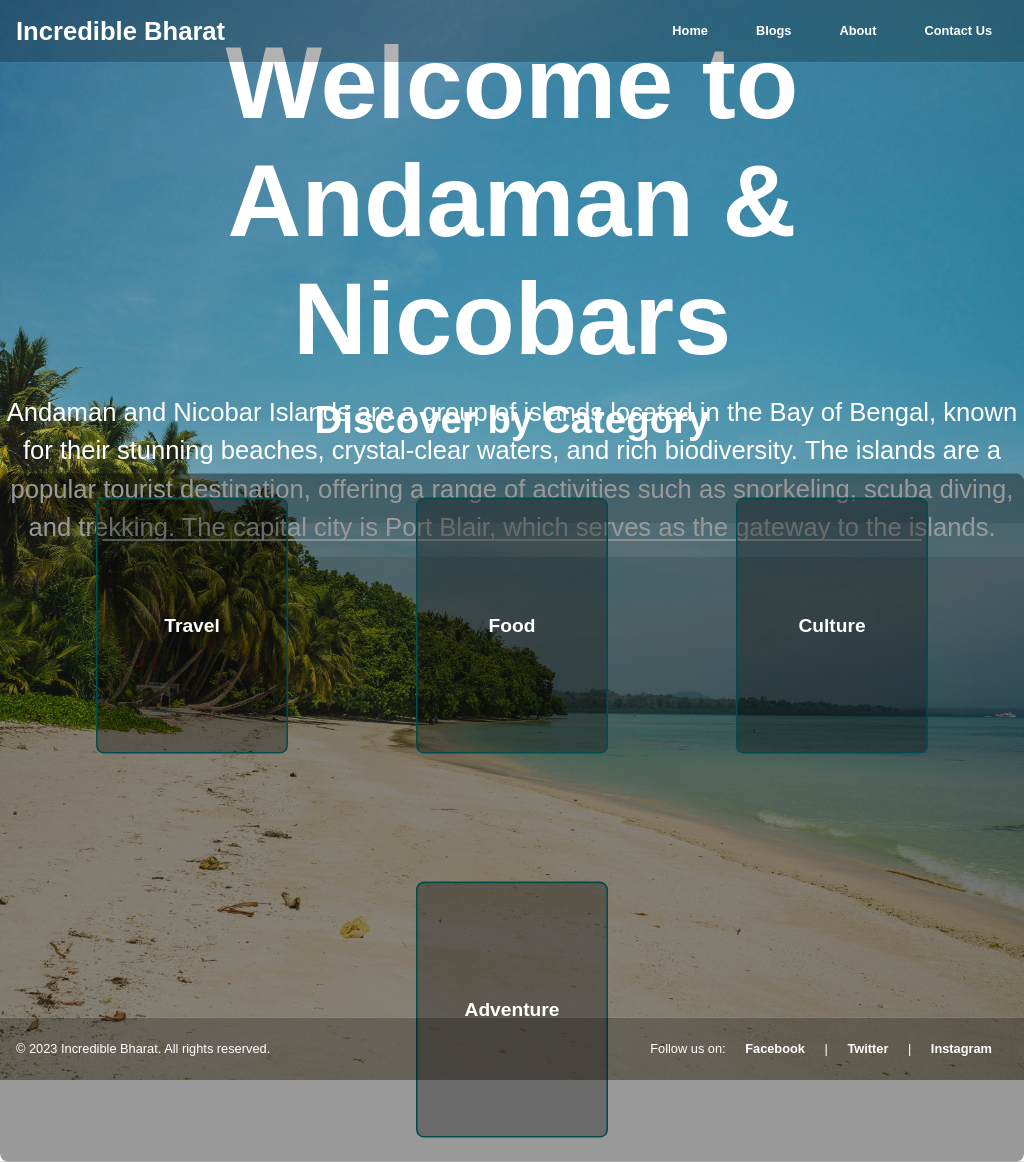
Repository: jaidhiman111/incrediblebharat
Page: destinations/Andaman&Nicobar.html
The author's editor kept a copy of each file at every save. The page is drawn from the files as they stood at one save, then again after the next save.
The browser window is 1280 px wide. The pictures show the whole page, at 80% of full size.

Above is the page before, as saved 2025-04-30 23:39:32.

### destinations/Andaman&Nicobar.html
<!DOCTYPE html>
<html lang="en">

<head>
    <meta charset="UTF-8">
    <link rel="stylesheet" href="/assets/style.css">
    <meta name="viewport" content="width=device-width, initial-scale=1.0">
    <title>Document</title>
</head>

<body class="andaman-nicobar">
    <!-- This is the header of the page. -->
    <header class="header">
        <div class="logo">
            <h1>Incredible Bharat</h1>
        </div>
        <div class="nav">
            <nav>
                <ul>
                    <li>
                        <a href="/index.html">Home</a>
                        <a href="#">Blogs</a>
                        <a href="#">About</a>
                        <a href="#">Contact Us</a>
                    </li>
                </ul>
            </nav>
        </div>
    </header>
    <!-- This is the main content of the page. -->
    <main class="main-container">
        <section class="hero-section">
            <h2>Welcome to Andaman & Nicobars</h2>
            <p>Andaman and Nicobar Islands are a group of islands located in the Bay of Bengal, known for their stunning
                beaches, crystal-clear waters, and rich biodiversity. The islands are a popular tourist destination,
                offering a range of activities such as snorkeling, scuba diving, and trekking. The capital city is Port
                Blair, which serves as the gateway to the islands.</p>
        </section>
        <hr>
        <section class="state-section">
            <h2>Discover by Category</h2>
            <div class="card-section">
                <div class="card" id="travel">Travel</div>
                <div class="card" id="food">Food</div>
                <div class="card" id="culture">Culture</div>
                <div class="card" id="adventure">Adventure</div>
            </div>
        </section>
    </main>
    <!-- This is the footer of the page. -->
    <footer class="footer">
        <div>
            <p>&copy; 2023 Incredible Bharat. All rights reserved.</p>
        </div>
        <div>
            <p>Follow us on:
                <a href="#">Facebook</a> |
                <a href="#">Twitter</a> |
                <a href="#">Instagram</a>
        </div>
    </footer>
</body>

</html>

### assets/style.css
* {
    box-sizing: border-box;
    margin: 0;
    padding: 0;
}

.home {
    font-family: Arial, sans-serif;
    background-image: url('/media/bg-cover.jpg');
    background-size: cover;
    background-repeat: no-repeat;
    background-position: center;
    color: #fff;
}

.andaman-nicobar {
    font-family: Arial, sans-serif;
    background-image: url('/media/andaman.jpg');
    background-size: cover;
    background-repeat: no-repeat;
    background-position: center;
    color: #fff;
}


/* This is for header */
.header {
    background-color: rgba(0, 0, 0, 0.3);
    display: flex;
    justify-content: space-between;
    align-items: center;
    padding: 20px;
    position: sticky;
    top: 0;
    text-align: center;
}

li {
    list-style: none;
    display: flex;
    gap: 20px;
}

li a {
    padding: 10px 20px;
    border-radius: 5px;
    text-decoration: none;
    color: #fff;
    font-weight: bold;
}

li a:hover {
    color: #fff;
    transform: scale(1.1);}

/* This is for section */
section{
    background-color: rgba(0, 0, 0, 0.1);
}

.hero-section {
    display: flex;
    flex-direction: column;    /* stack items vertically */
    justify-content: center;   /* center vertically */
    align-items: center;       /* center horizontally */
    height: 80vh;
    text-align: center;
}

.hero-section h2 {
    font-size: 8rem;
    margin-bottom: 20px;
}

.hero-section p{
    font-size: 2rem;
    margin-bottom: 20px;
    max-width: 100rem;         /* limit the width of the paragraph */
    line-height: 1.5;        /* improve readability */
}

.hero-section a {
    text-decoration: none;
    color: #fff;
    font-size: 1.5rem;
    margin-bottom: 20px;
}

.hero-section a:hover {
    color: #fff;
    text-decoration: underline;
    transform: scale(1.1);
    transition: transform 0.3s ease-in-out;
}

hr {
    width: 80%;
    margin: 20px auto;
    border: 1px solid #fff;
}

.state-section {
    display: flex;
    flex-direction: column;    /* stack items vertically */
    justify-content: center;
    align-items: center;
    height: 80vh;
    text-align: center;
}

.state-section h2 {
    font-size: 3rem;
    margin-bottom: 20px;
}

.state-button {
    padding: 30px;
    max-width: 100rem;
    margin: 0 auto;
  }

  .state-button button {
    background-color: rgba(0, 0, 0, 0.4);  /* Soft blue */
    border: none;
    border-radius: 8px;
    margin: 10px ;
    padding: 12px 20px;
    cursor: pointer;
    transition: background-color 0.3s ease;
    font-size: 16px;
    font-weight: 500;
  }

  .state-button button a {
    color: #ffffff;
    text-decoration: none;
    display: block;
    width: 100%;
    height: 100%;
  }

  .state-button button:hover {
    background-color: rgba(0, 0, 0, 0.7); /* Darker blue on hover */
    transform: scale(1.1); /* Slightly enlarge the button on hover */
    transition: transform 0.3s ease-in-out;
  }

  .card-section {
    display: flex;
    flex-wrap: wrap; /* Makes it responsive */
    justify-content: center;
    gap: 10rem;
    background-color: rgba(0, 0, 0, 0.4);
    padding: 30px 20px;
    margin: 20px auto;
    max-width: 100%;
    border-radius: 10px;
}

.card {
    background-color: rgba(0, 0, 0, 0.3);
    color: #fff;
    border: 2px solid #014d4e;
    border-radius: 10px;
    width: 15rem;
    height: 20rem;
    display: flex;
    align-items: center;
    justify-content: center;
    font-size: 1.5rem;
    font-weight: bold;
    cursor: pointer;
    transition: transform 0.3s ease, background-color 0.3s ease;
}

.card:hover {
    background-color: #019494;
    color: #ffffff;
    transform: scale(1.05);
}


  /* This is for footer */

.footer {
    background-color: rgba(0, 0, 0, 0.3);
    display: flex;
    justify-content: space-between;
    align-items: center;
    padding: 20px;
    position: relative;
    bottom: 0;
    text-align: center;
}

.footer li {
    list-style: none;
    display: flex;
    gap: 20px;
}

.footer a {
    display: inline-block;
    padding: 10px 20px;
    border-radius: 5px;
    text-decoration: none;
    color: #fff;
    font-weight: bold;
}
.footer a:hover {
    color: #fff;
    transform: scale(1.1);

}

/* This is for media queries */
/* --- Andaman & Nicobar Page Enhancements --- */

After the next save:
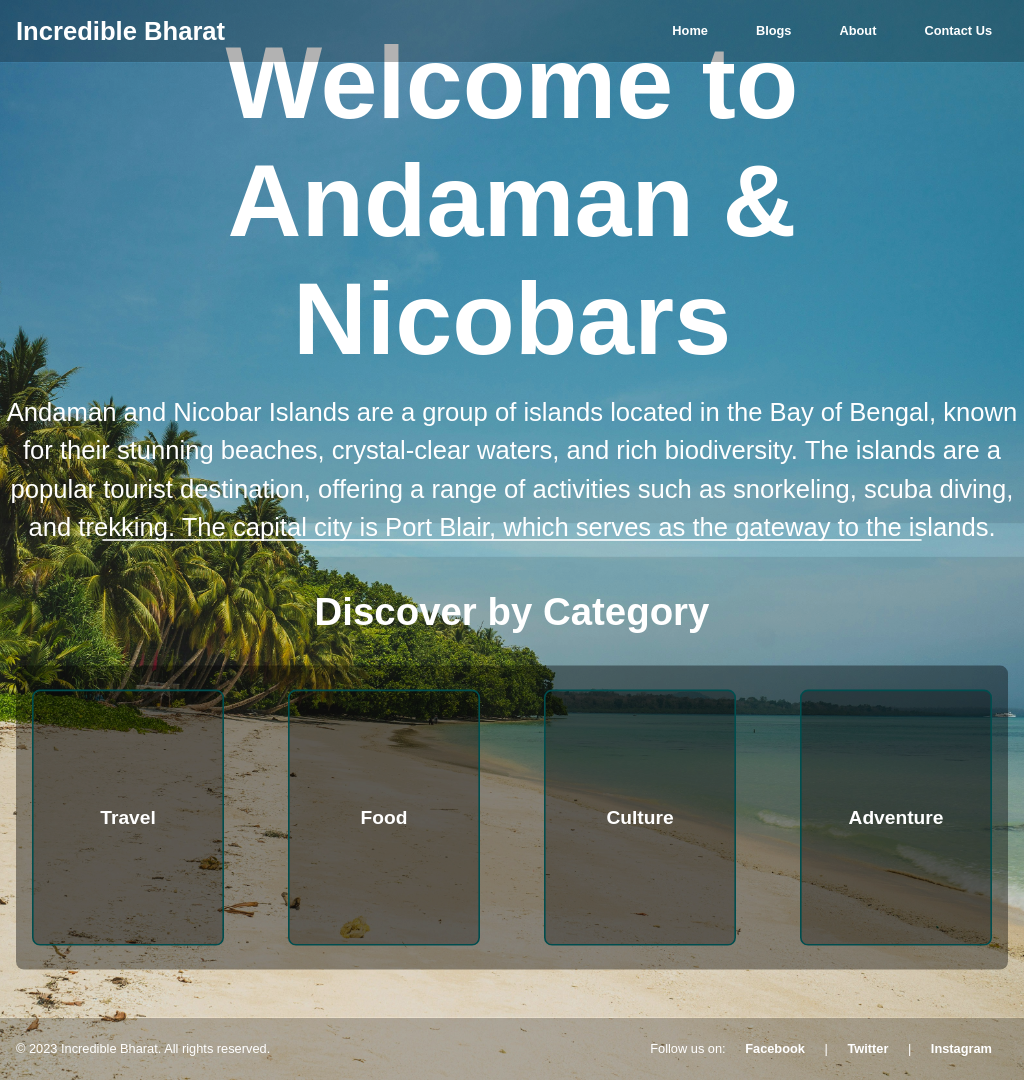
Saved 10 s later.
--- a/assets/style.css
+++ b/assets/style.css
@@ -149,7 +149,7 @@ hr {
     display: flex;
     flex-wrap: wrap; /* Makes it responsive */
     justify-content: center;
-    gap: 10rem;
+    gap: 5rem;
     background-color: rgba(0, 0, 0, 0.4);
     padding: 30px 20px;
     margin: 20px auto;
